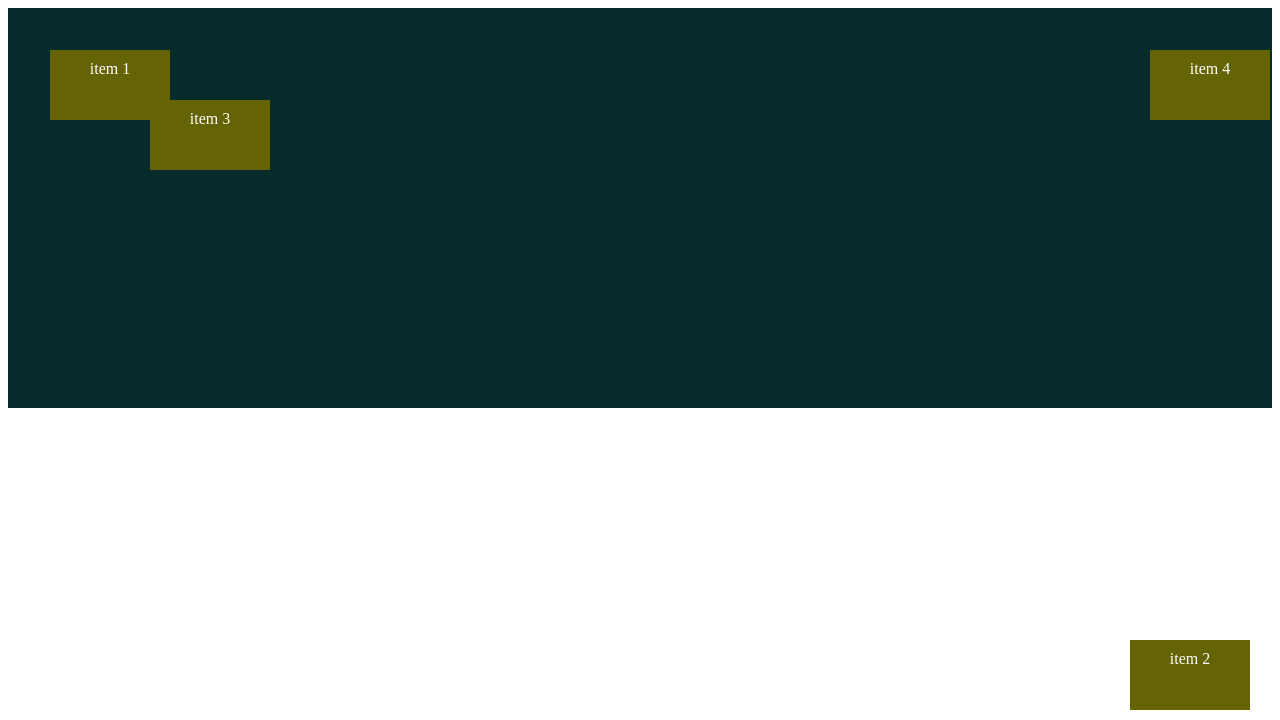
Repository: nmaury/TpsCambodge
Page: InternetProgramming/Css/sample.html
The author's editor kept a copy of each file at every save. The page is drawn from the files as they stood at one save, then again after the next save.
The browser window is 1280 px wide. The pictures show the whole page.

Above is the page before, as saved 2022-12-06 02:17:49.

### InternetProgramming/Css/sample.html
<!DOCTYPE html>
<html>
<head>
    <link rel="stylesheet" href="sample.css">
</head>
<body>
    <div class="parent">
        <div class="item1">item 1
        </div>
        <div class="item2">item 2
        </div>
        <div class="item3">item 3
        </div>
        <div class="item4">item 4
        </div>
    </div>
</body>
</html>

### InternetProgramming/Css/sample.css
.item{
    background-color: rgb(100,100,4);
    padding : 10px;
    width: 100px;
    height: 50px;
    color: white;
    text-align: center;
    position: absolute;
}
.item1{
    background-color: rgb(100,100,4);
    padding : 10px;
    width: 100px;
    height: 50px;
    color: white;
    text-align: center;
    position: absolute;
    left: 50px;
    top: 50px;
    z-index: 1;
}
.item2{
    background-color: rgb(100,100,4);
    padding : 10px;
    width: 100px;
    height: 50px;
    color: white;
    text-align: center;
    position: absolute;
    right: 30px;
    bottom: 10px;
    z-index: 1;
}
.item3{
    background-color: rgb(100,100,4);
    padding : 10px;
    width: 100px;
    height: 50px;
    color: white;
    text-align: center;
    position: absolute;
    left: 150px;
    top: 100px;
    z-index: 1;
}
.item4{
    background-color: rgb(100,100,4);
    padding : 10px;
    width: 100px;
    height: 50px;
    color: white;
    text-align: center;
    position: fixed;
    right: 10px;
    top: 50px;
    z-index: 1;
}
.parent{
    background-color: rgb(6,43,43);
    width: 100%;
    height: 400px;
}

After the next save:
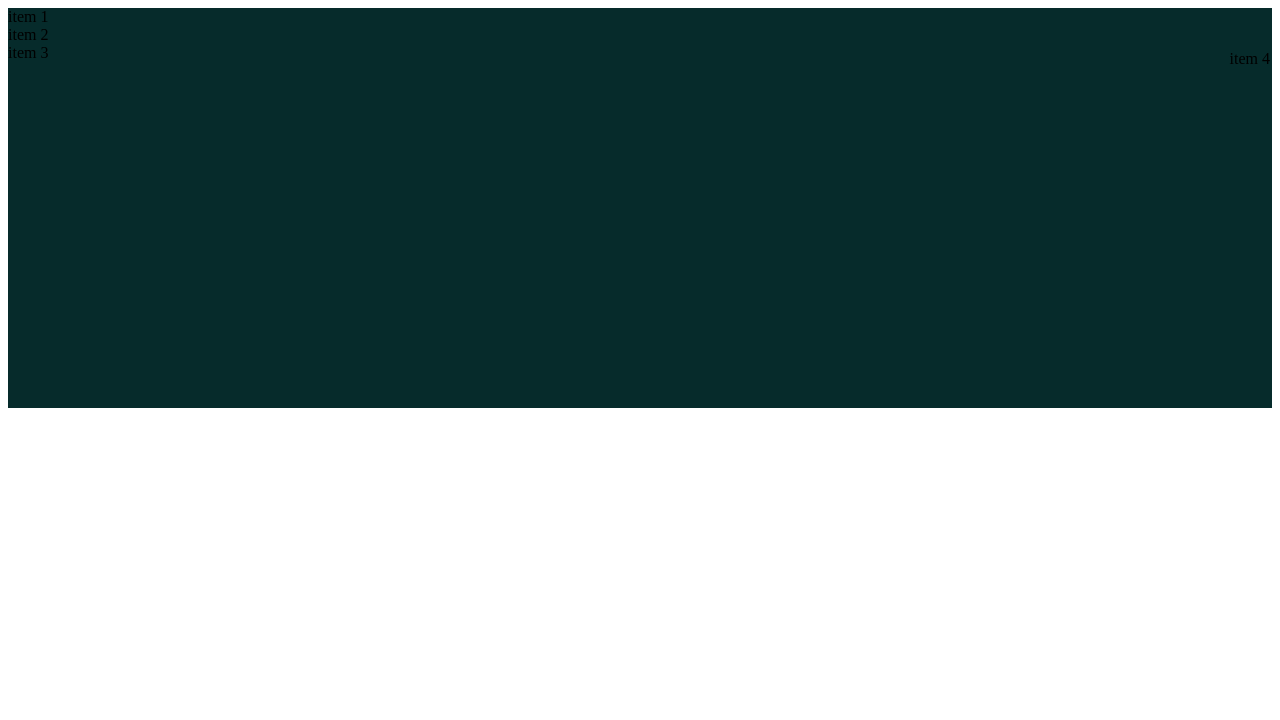
Saved 21 s later.
--- a/InternetProgramming/Css/sample.css
+++ b/InternetProgramming/Css/sample.css
@@ -8,48 +8,21 @@
     position: absolute;
 }
 .item1{
-    background-color: rgb(100,100,4);
-    padding : 10px;
-    width: 100px;
-    height: 50px;
-    color: white;
-    text-align: center;
-    position: absolute;
     left: 50px;
     top: 50px;
     z-index: 1;
 }
 .item2{
-    background-color: rgb(100,100,4);
-    padding : 10px;
-    width: 100px;
-    height: 50px;
-    color: white;
-    text-align: center;
-    position: absolute;
     right: 30px;
     bottom: 10px;
     z-index: 1;
 }
 .item3{
-    background-color: rgb(100,100,4);
-    padding : 10px;
-    width: 100px;
-    height: 50px;
-    color: white;
-    text-align: center;
-    position: absolute;
     left: 150px;
     top: 100px;
     z-index: 1;
 }
 .item4{
-    background-color: rgb(100,100,4);
-    padding : 10px;
-    width: 100px;
-    height: 50px;
-    color: white;
-    text-align: center;
     position: fixed;
     right: 10px;
     top: 50px;

After the save that followed:
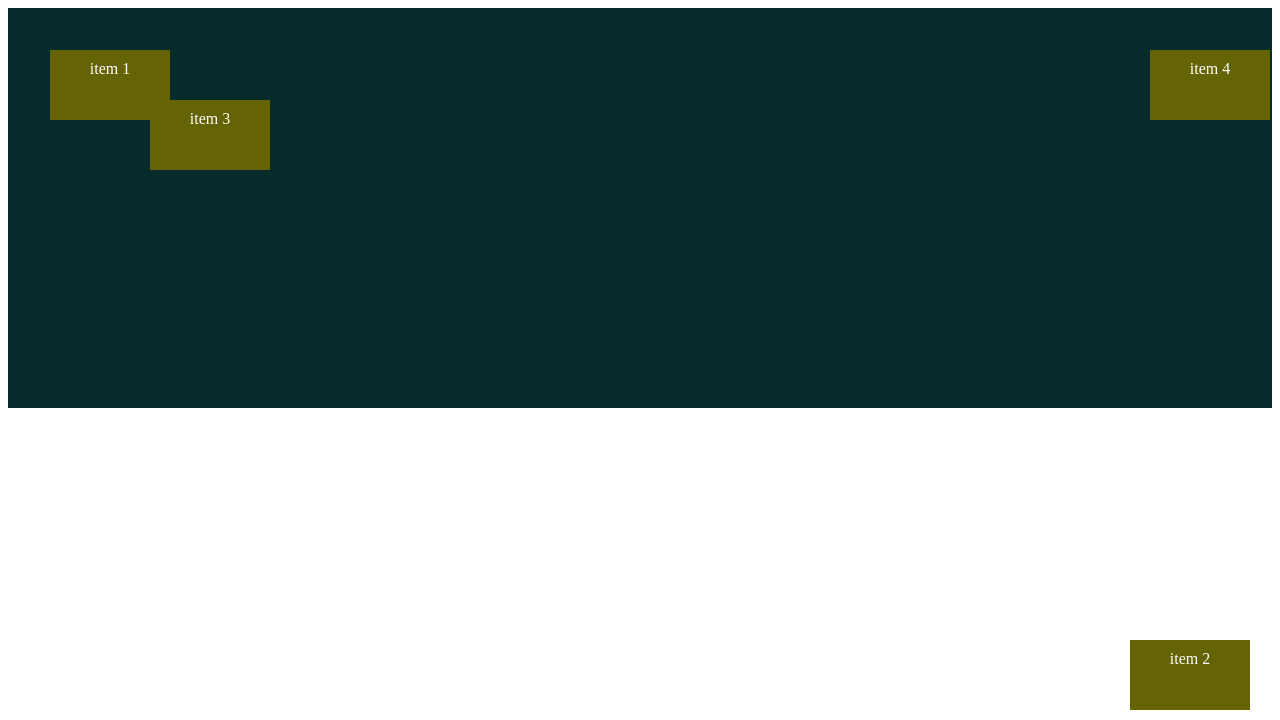
Saved 13 s later.
--- a/InternetProgramming/Css/sample.html
+++ b/InternetProgramming/Css/sample.html
@@ -5,13 +5,13 @@
 </head>
 <body>
     <div class="parent">
-        <div class="item1">item 1
+        <div class="item item1">item 1
         </div>
-        <div class="item2">item 2
+        <div class="item item2">item 2
         </div>
-        <div class="item3">item 3
+        <div class="item item3">item 3
         </div>
-        <div class="item4">item 4
+        <div class="item item4">item 4
         </div>
     </div>
 </body>
